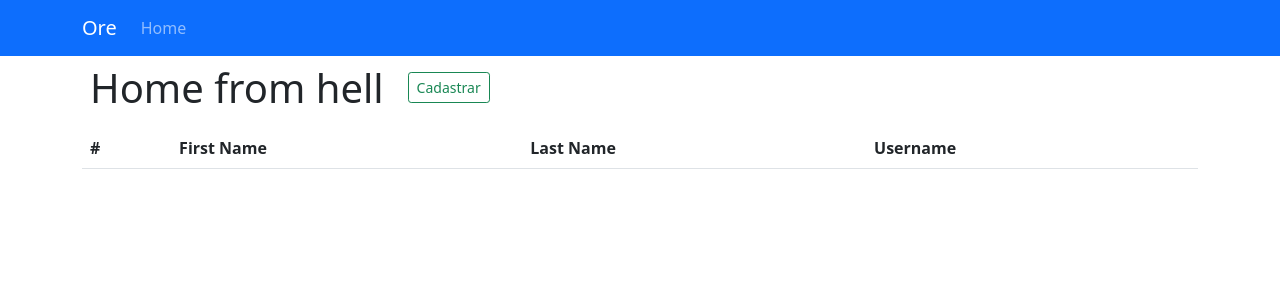
Repository: thf4/React-Front
Page: /
The author's editor kept a copy of each file at every save. The page is drawn from the files as they stood at one save, then again after the next save.
The browser window is 1280 px wide. The pictures show the whole page.
The project was rebuilt for these pictures with package versions that can differ from the ones it lists, and the page was loaded fresh each time. Also part of the build but not shown: src/pages/Vizualizar/index.js, src/pages/Cadastrar/index.js, src/pages/Editar/index.js.

Above is the page before, as saved 2021-05-07 09:22:35.

After the next save:
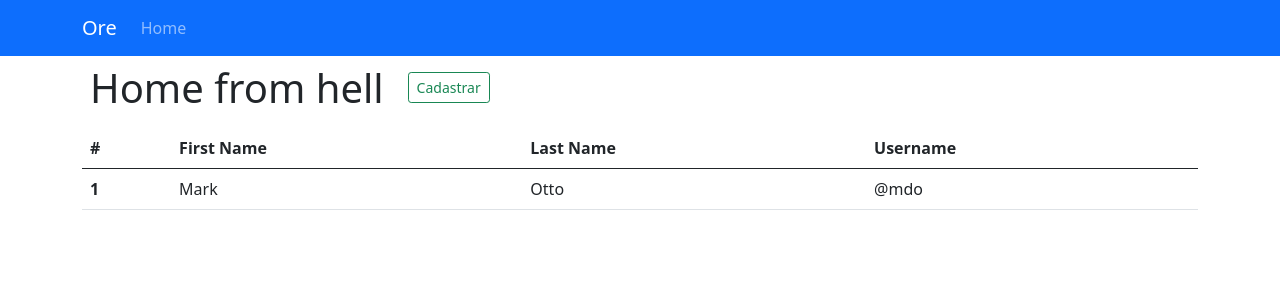
Saved 34 s later.
--- a/src/pages/Home/index.js
+++ b/src/pages/Home/index.js
@@ -24,6 +24,14 @@ export const Home = () => {
               <th>Username</th>
             </tr>
           </thead>
+          <tbody>
+            <tr>
+              <th scope="row">1</th>
+              <td>Mark</td>
+              <td>Otto</td>
+              <td>@mdo</td>
+            </tr>
+          </tbody>
         </Table>
       </Container>
     </div>
